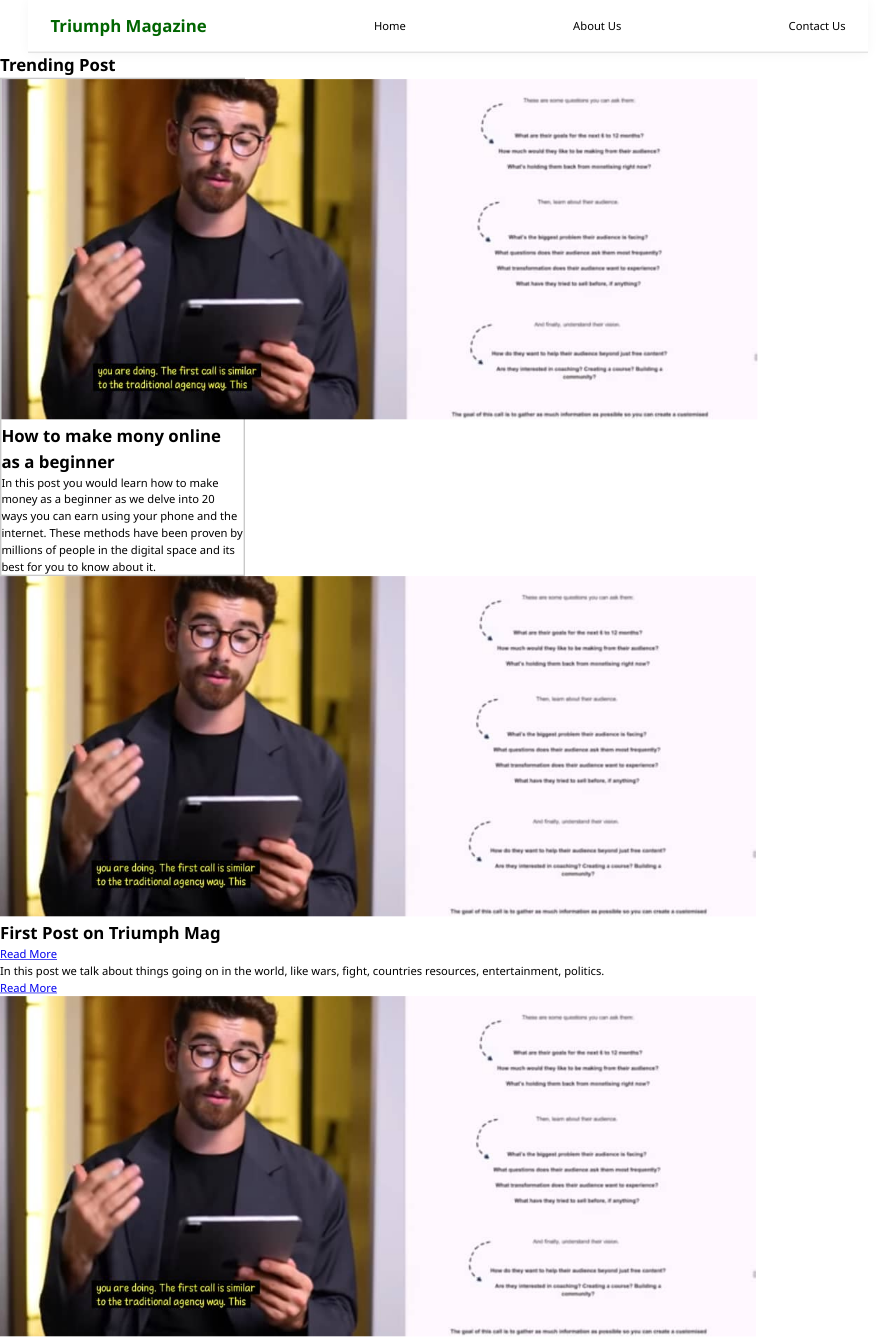
Repository: zikcolle/Triumph-Blog
Page: index.html
The author's editor kept a copy of each file at every save. The page is drawn from the files as they stood at one save, then again after a run of saves.
The browser window is 1280 px wide. The pictures show the part of the page from y = 0 to 1920 px (the page is 4951 px tall before and 4625 px after), at 70% of full size.

Above is the page before, as saved 2026-06-20 15:30:15.

After the next 2 saves:
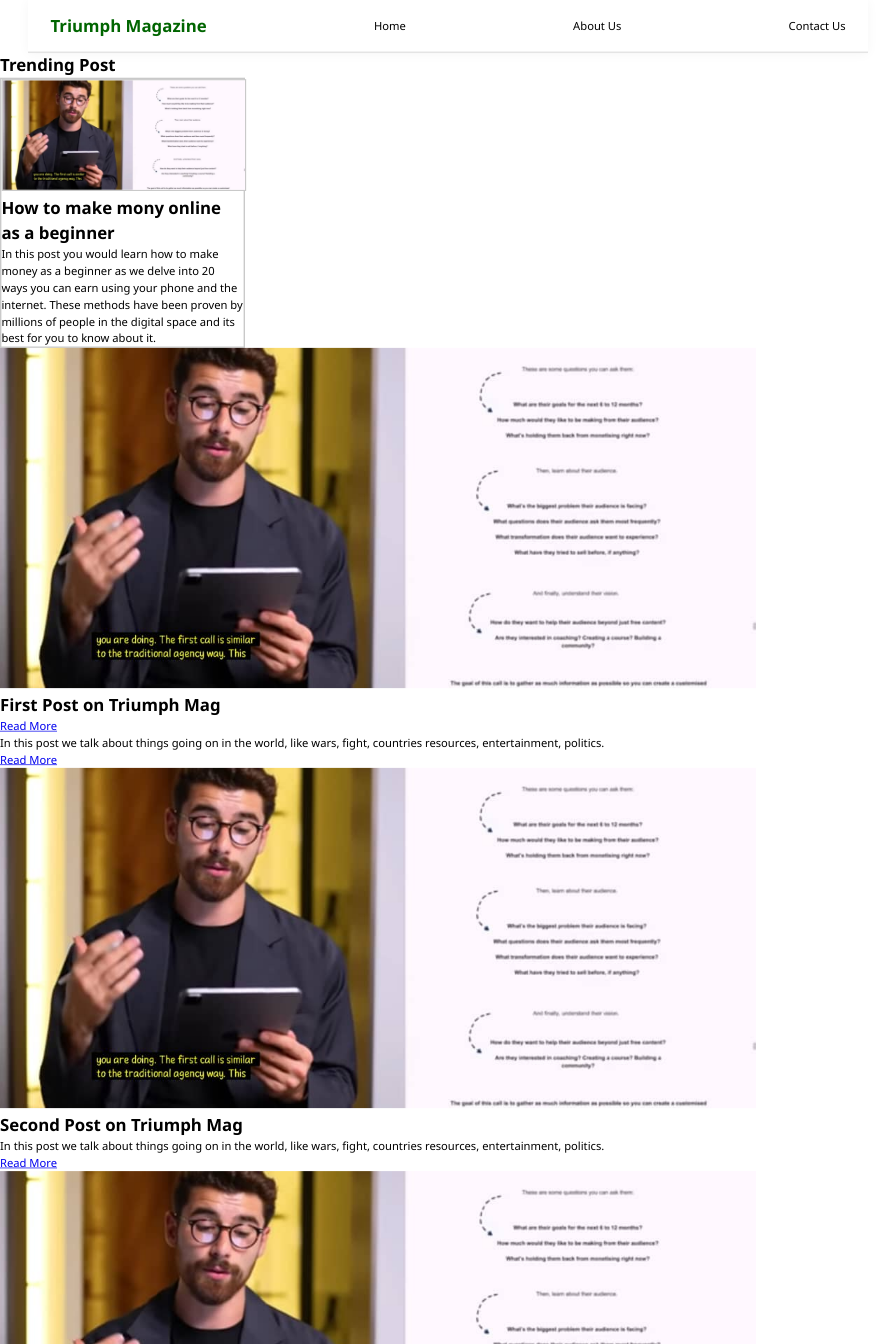
The 2 saves are shown as one change because they came seconds apart.
The last was saved 10 s later.
--- a/styles.css
+++ b/styles.css
@@ -46,3 +46,9 @@ header a:hover {
     border: 2px solid rgba(0, 0, 0, 0.213);
     max-width: 350px;
 }
+
+.feat-post img {
+    background-color: rgb(255, 255, 255);
+    border: 2px solid rgba(0, 0, 0, 0.213);
+    max-width: 350px;
+}
